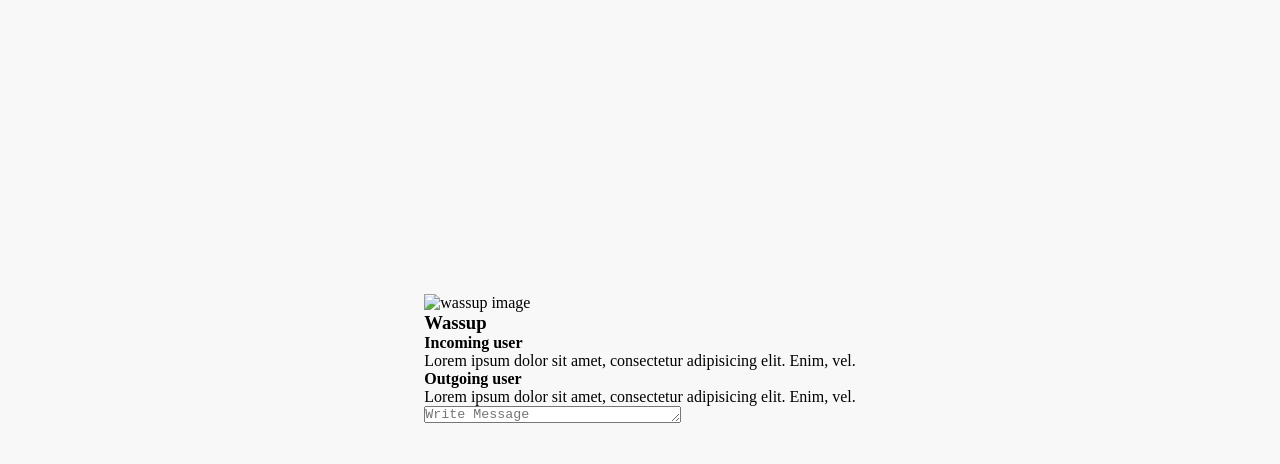
Repository: yashrajverma/Wassup-Chat-App
Page: http://localhost/
An editor plug-in stored every save of this project. The page is shown before and after the next save, followed by the edit.
The browser window is 1280 px wide. The pictures show the whole page.
The page is served by the project's Node server (server.js).

Above is the page before, as saved 2020-11-19 11:51:18.

After the next save:
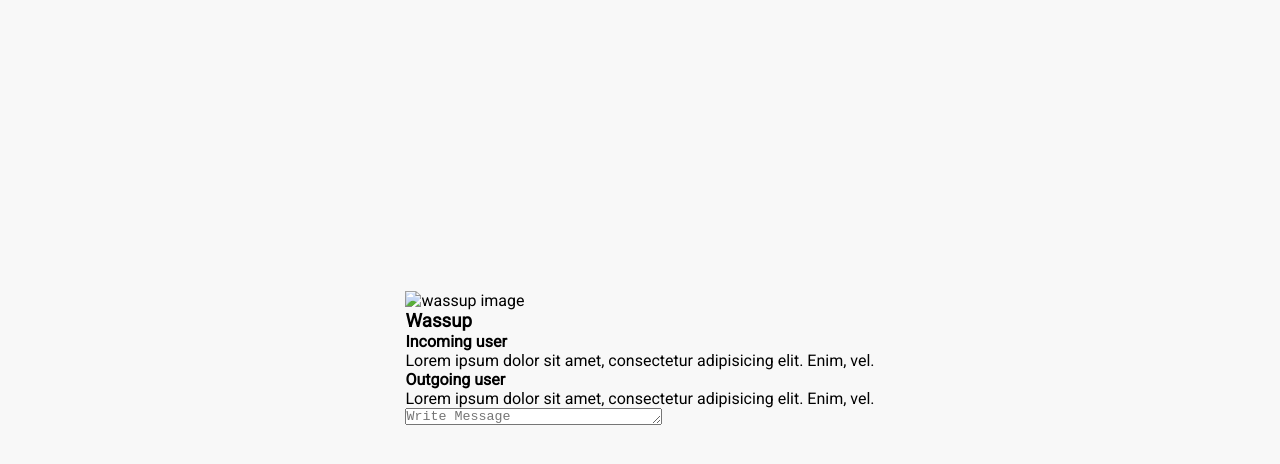
Saved 15 s later.
--- a/public/style.css
+++ b/public/style.css
@@ -11,7 +11,7 @@ body {
     justify-content: center;
     min-height: 100vh;
     background: #f8f8f8;
-    font-family: 'Roboto' sans-serif;
+    font-family: 'Roboto', sans-serif;
 }
 
 section .chat_section {
